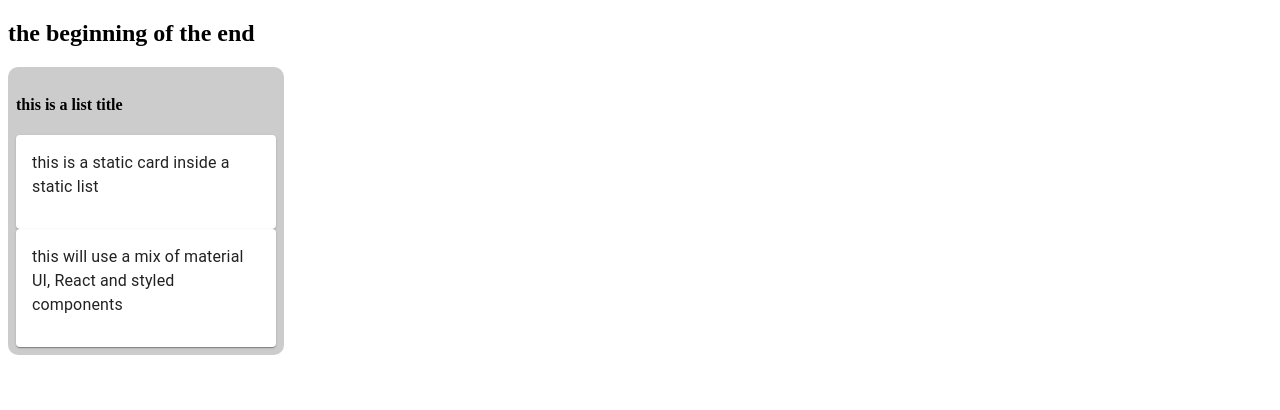
Repository: DesterStorm/Crello
Page: /
These files come from the project's save history. The page is drawn as it stood at one moment and after a run of saves; the edit follows.
The browser window is 1280 px wide. The pictures show the whole page.
The project was rebuilt for these pictures with package versions that can differ from the ones it lists, and the page was loaded fresh each time.

Above is the page before, as saved 2020-05-12 14:56:03.

After the next 2 saves:
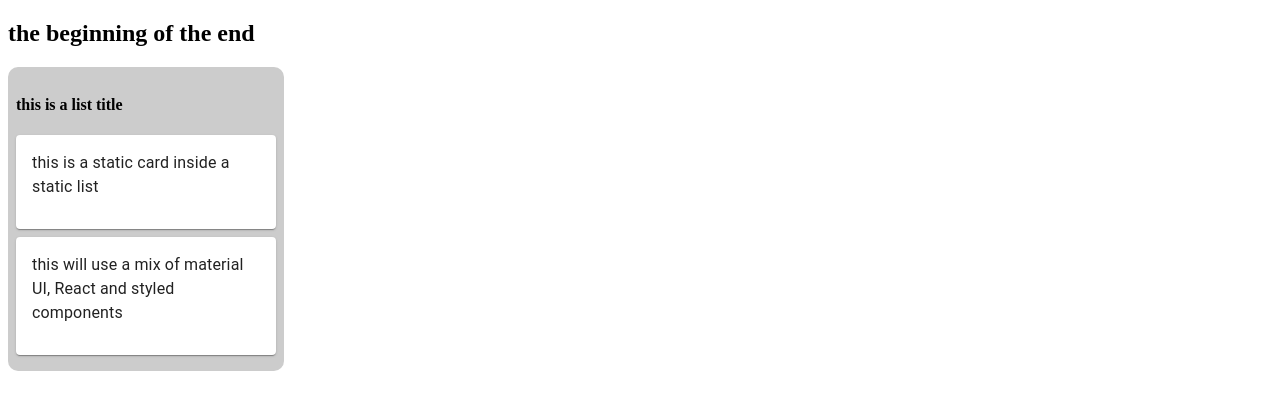
The 2 saves are shown as one change because 1 did not build or start.
The last was saved 41 s later.
--- a/src/components/CrelloCard.js
+++ b/src/components/CrelloCard.js
@@ -5,7 +5,7 @@ import CardContent from '@material-ui/core/CardContent';
 
 const CrelloCard = ({text}) => {
   return(
-    <Card>
+    <Card style={styles.cardContainer}>
       <CardContent>
         <Typography gutterBottom>
           {text}
